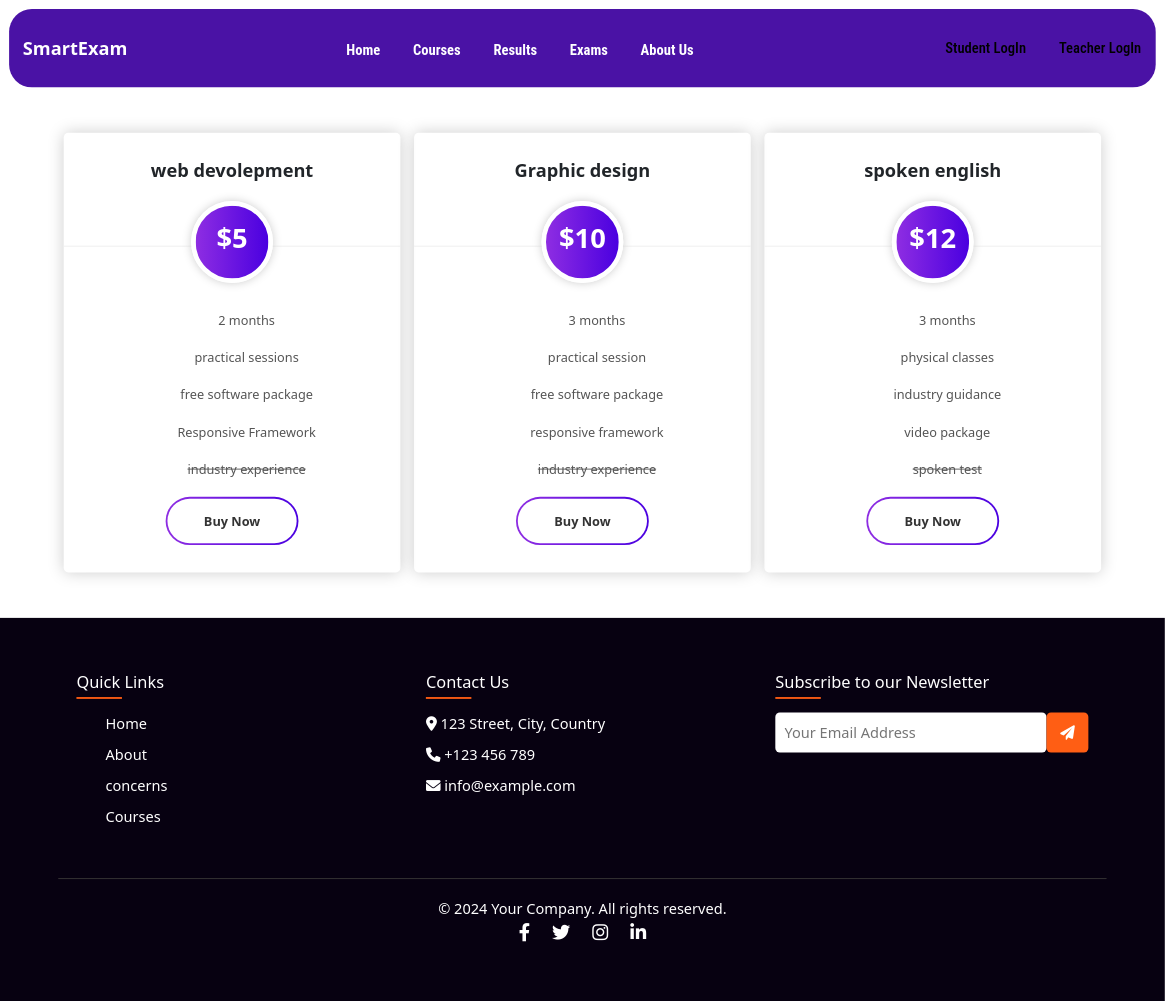
Repository: DissanayakeDA/Registration-web-app
Page: http://localhost/Online-Exam-Management-Web-App/pricelist2.jsp
These files come from the project's save history. The page is drawn as it stood at one moment and after the next save; the edit follows.
The browser window is 1280 px wide. The pictures show the whole page, at 91% of full size.
Some web fonts or font styles are not loaded; a fallback is used. The page is served by Tomcat 9.

Above is the page before, as saved 2024-10-20 11:59:01.

After the next save:
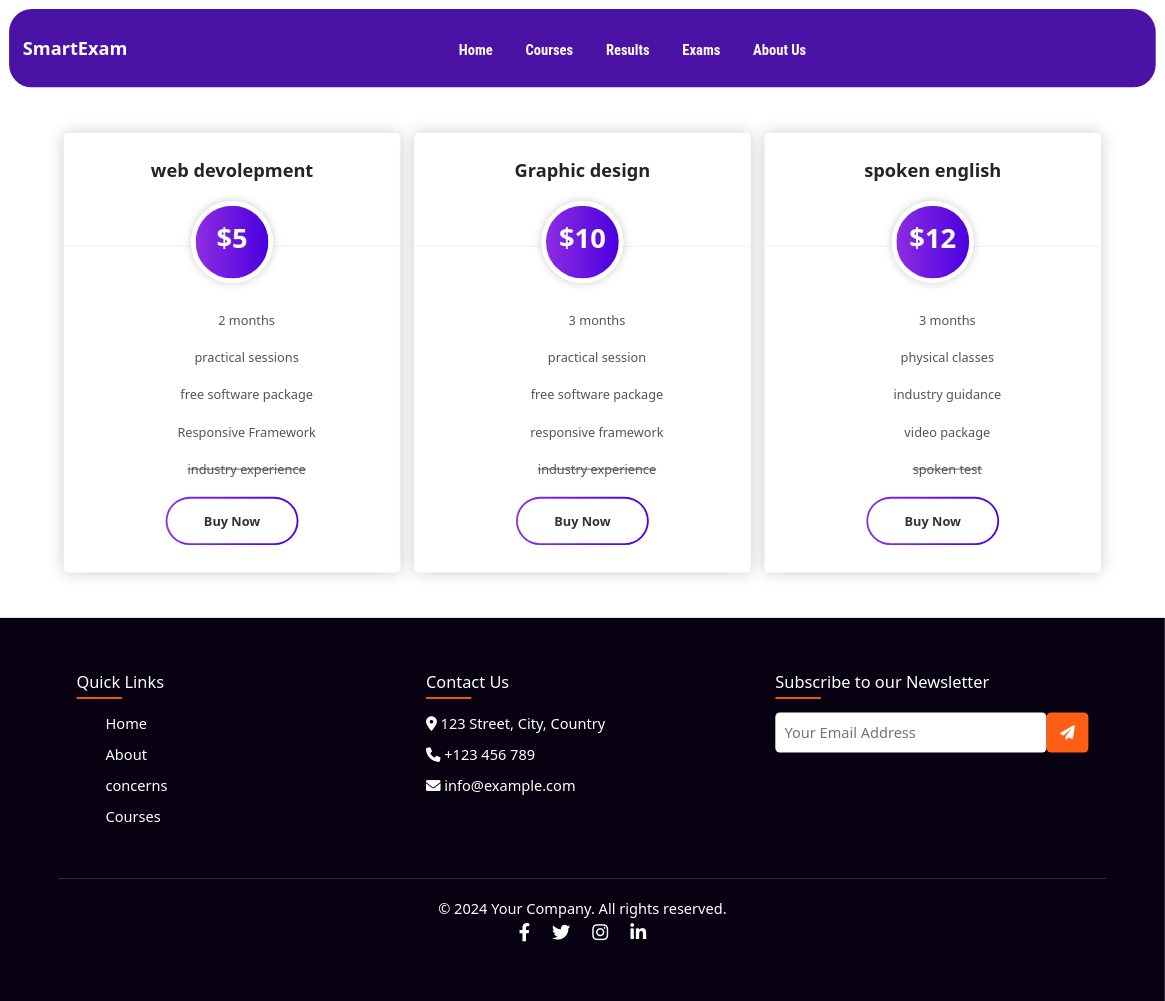
Saved 21 s later.
--- a/Online-Exam-Management-Web-App/src/main/webapp/pricelist2.jsp
+++ b/Online-Exam-Management-Web-App/src/main/webapp/pricelist2.jsp
@@ -87,10 +87,7 @@
           <a class="nav-link" href="#">About Us</a>
         </li>
       </ul>
-      <div>
-        <button class="btn btn-outline-primary mx-1">Student LogIn</button>
-        <button class="btn btn-outline-primary mx-1">Teacher LogIn</button>
-      </div>
+
     </div>
   </nav>
     <div class="wrapper">
